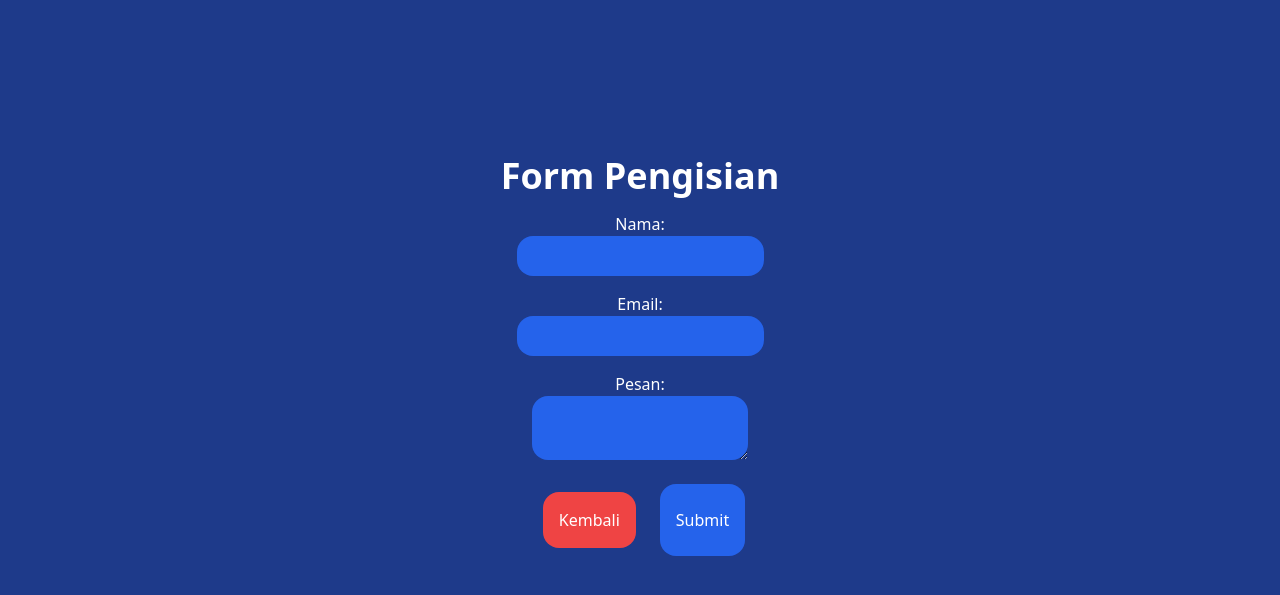
Repository: RifaiKN/flask-week10
Page: http://localhost/form/
These files come from the project's save history. The page is drawn as it stood at one moment and after the next save; the edit follows.
The browser window is 1280 px wide. The pictures show the whole page.
The page is served by the project's application, run on Flask 3 (app.py).

Above is the page before, as saved 2023-11-17 22:46:18.

After the next save:
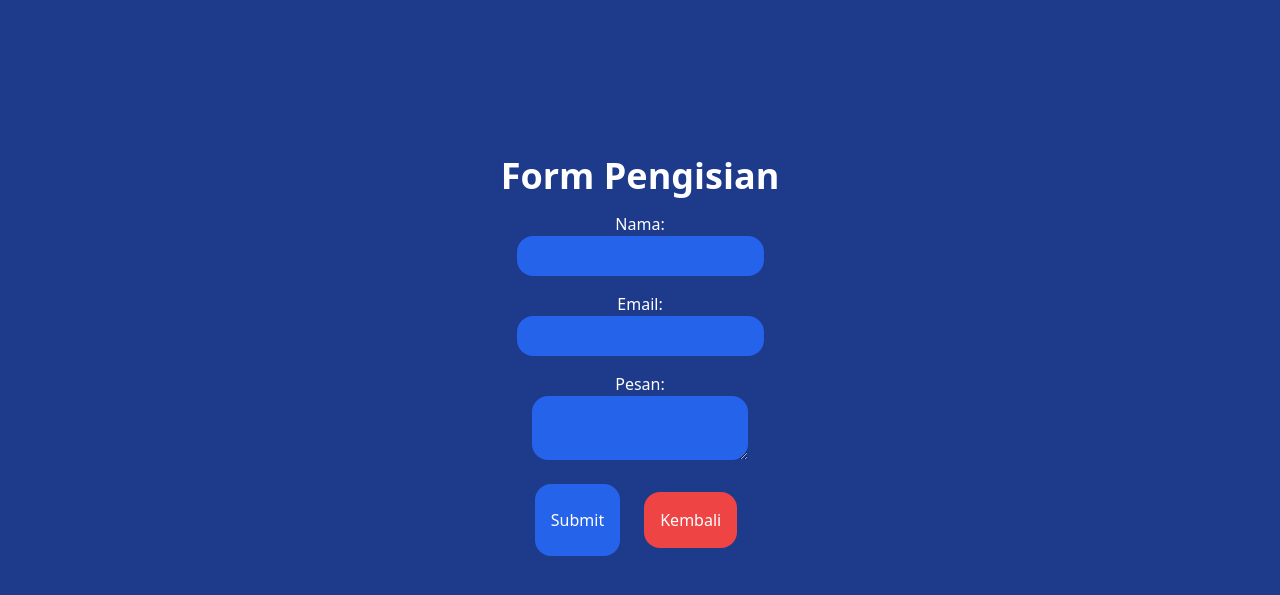
Saved 19 s later.
--- a/templates/form.html
+++ b/templates/form.html
@@ -22,8 +22,8 @@
             class="bg-blue-600 text-white p-2 rounded-2xl focus:outline-none focus:ring focus:border-blue-300 mb-4"></textarea>
         <div>
             <div class="flex">
+                <button type="submit" class="m-2 p-4 bg-blue-600 hover:bg-blue-700 rounded-2xl text-white focus:outline-none focus:ring focus:border-blue-300">Submit</button>
                 <a href="/" class="m-4 p-4 bg-red-500 hover:bg-red-600 rounded-2xl text-white">Kembali</a>
-                <button type="submit" class="m-2 p-4 bg-blue-600 hover:bg-blue-700 rounded-2xl text-white focus:outline-none focus:ring focus:border-blue-300">Submit</button>
             </div>
         </div>
     </form>
